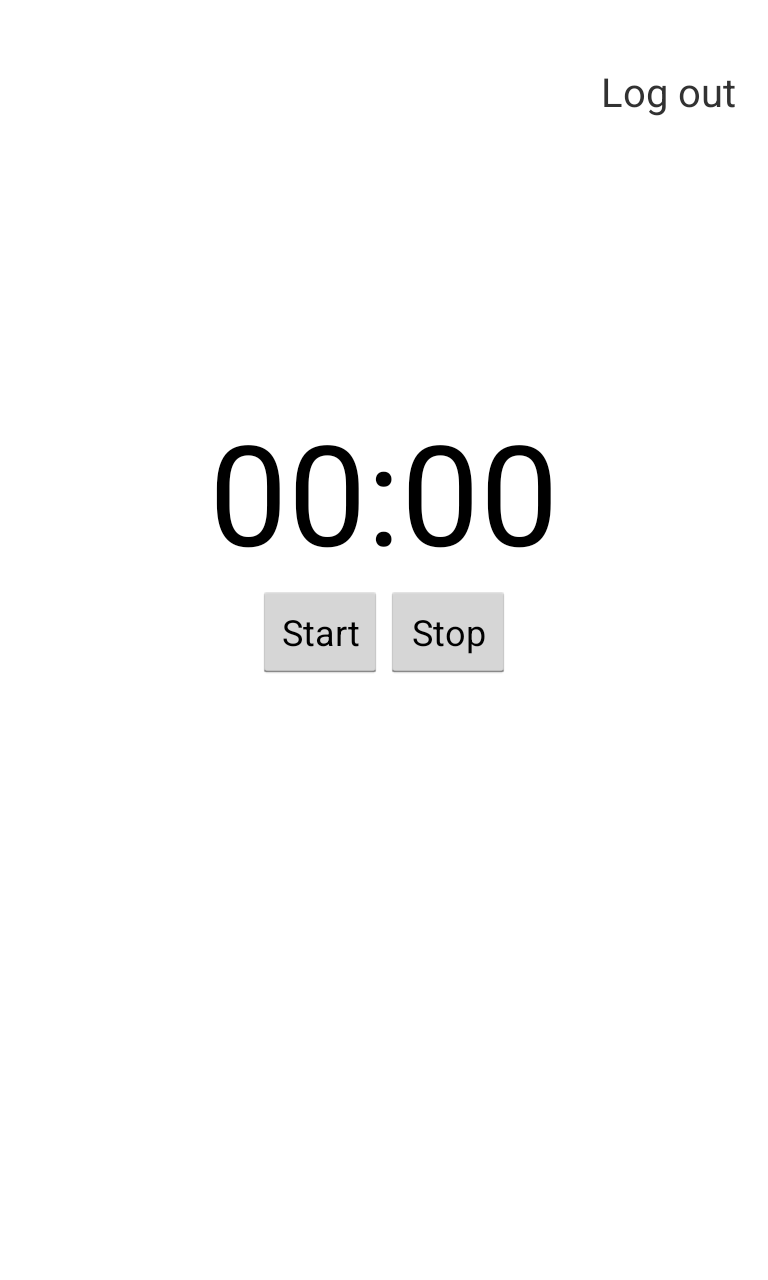
Repository: albertowusuasare/CustomStopWatch
Layout: CustomStopWatch/res/layout/activity_timer.xml
The author's editor kept a copy of each file at every save. The layout is drawn from the files as they stood at one save, then again after the next save.
Pictures or frames that could not be fetched are drawn as grey boxes. It is drawn on a 768 x 1280 px phone screen (xhdpi) without system bars, with theme AppTheme; the app's code is not run.

Above is the layout before, as saved 2014-09-25 05:48:16.

### CustomStopWatch/res/layout/activity_timer.xml
<LinearLayout xmlns:android="http://schemas.android.com/apk/res/android"
    xmlns:tools="http://schemas.android.com/tools"
    android:layout_width="match_parent"
    android:layout_height="match_parent"

    android:orientation="vertical"
    android:paddingBottom="@dimen/activity_vertical_margin"
    android:paddingLeft="@dimen/activity_horizontal_margin"
    android:paddingRight="@dimen/activity_horizontal_margin"
    android:paddingTop="@dimen/activity_vertical_margin"
    tools:context="com.example.customstopwatch.TimerActivity" >

    <RelativeLayout
        android:layout_width="match_parent"
        android:layout_height="wrap_content"
        android:gravity="end"
         android:paddingTop="@dimen/activity_vertical_margin"
        >
        <TextView
            android:text="@string/Logout"
            android:id="@+id/logoutText"
            android:onClick="onClick"
            android:clickable='true'
            android:layout_width="wrap_content"
           android:layout_height="wrap_content"
            android:textSize="20sp"
            />
    </RelativeLayout>

    <Chronometer
        android:id="@+id/mainChronometer"
        android:layout_width="wrap_content"
        android:layout_height="wrap_content"
        android:layout_gravity="center"
        android:layout_marginTop="140dp"
        android:format="%s"
        android:text="Chronometer"
        android:textSize="70sp" />

    <LinearLayout
        android:layout_width="fill_parent"
        android:layout_height="wrap_content"
        android:gravity="center"
        android:orientation="horizontal" >

        <Button
            android:id="@+id/start_button"
            android:layout_width="wrap_content"
            android:layout_height="wrap_content"
            android:text="@string/StartButton" />

        <Button
            android:id="@+id/stop_button"
            android:layout_width="wrap_content"
            android:layout_height="wrap_content"
            android:text="@string/StopButton" />
    </LinearLayout>

</LinearLayout>

### CustomStopWatch/res/values/strings.xml
<?xml version="1.0" encoding="utf-8"?>
<resources>

    <string name="app_name">CustomStopWatch</string>
    <string name="hello_world">Hello world!</string>
    <string name="action_settings">Settings</string>
    <string name="app_id">724899087577885</string>
    <string name="AppName">STVP WVTCH</string>
    <string name="StartButton">Start</string>
    <string name="Logout">Log out</string>
     <string name="StopButton">Stop</string>
    <string name="title_activity_timer">TimerActivity</string>

</resources>

Loaded but not shown: CustomStopWatch/res/values/styles.xml (common file); CustomStopWatch/res/values-v11/styles.xml (common file); CustomStopWatch/res/values-v14/styles.xml (common file); CustomStopWatch/res/values/dimens.xml (common file); CustomStopWatch/res/values-w820dp/dimens.xml (common file)

After the next save:
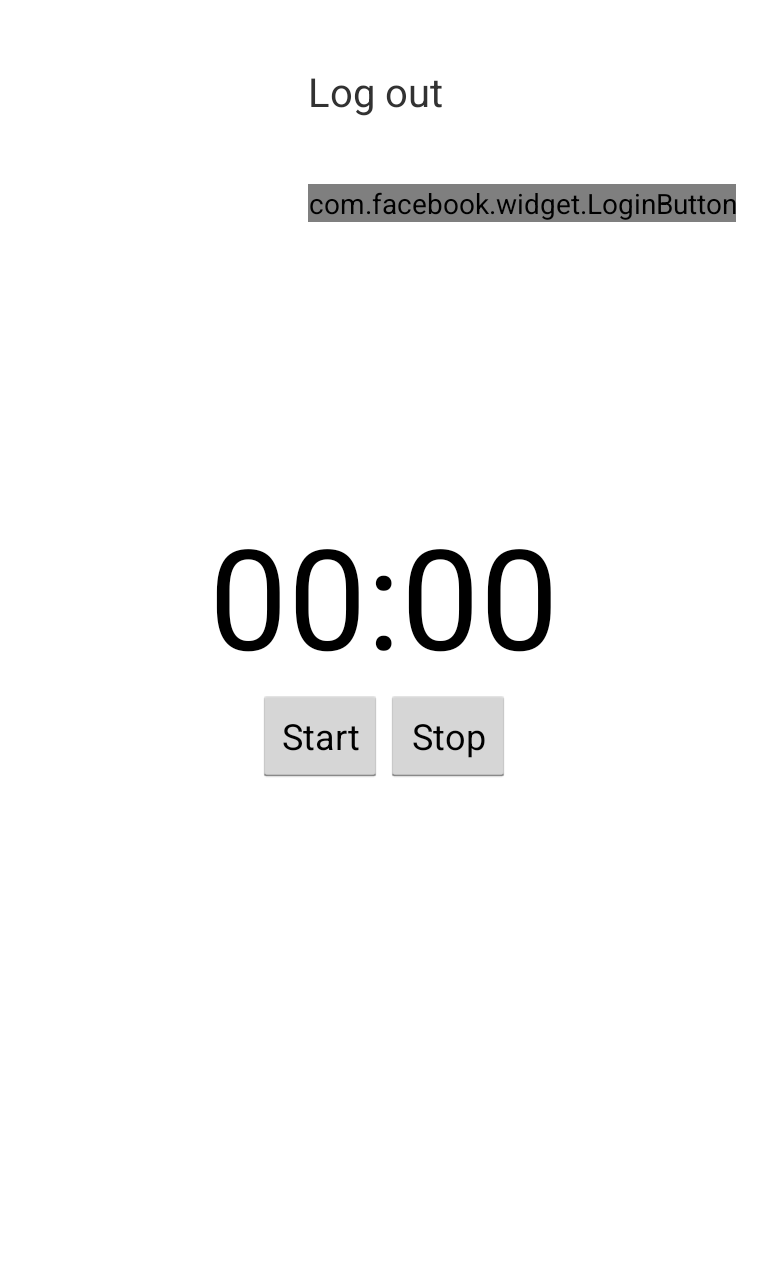
Saved 10 h 28 min later.
--- a/CustomStopWatch/res/layout/activity_timer.xml
+++ b/CustomStopWatch/res/layout/activity_timer.xml
@@ -16,6 +16,13 @@
         android:gravity="end"
          android:paddingTop="@dimen/activity_vertical_margin"
         >
+         <com.facebook.widget.LoginButton
+        android:id="@+id/authButton"
+        android:layout_width="wrap_content"
+        android:layout_height="wrap_content"
+        android:layout_gravity="center_horizontal"
+        android:layout_marginTop="60dp"
+        />
         <TextView
             android:text="@string/Logout"
             android:id="@+id/logoutText"

After the save that followed:
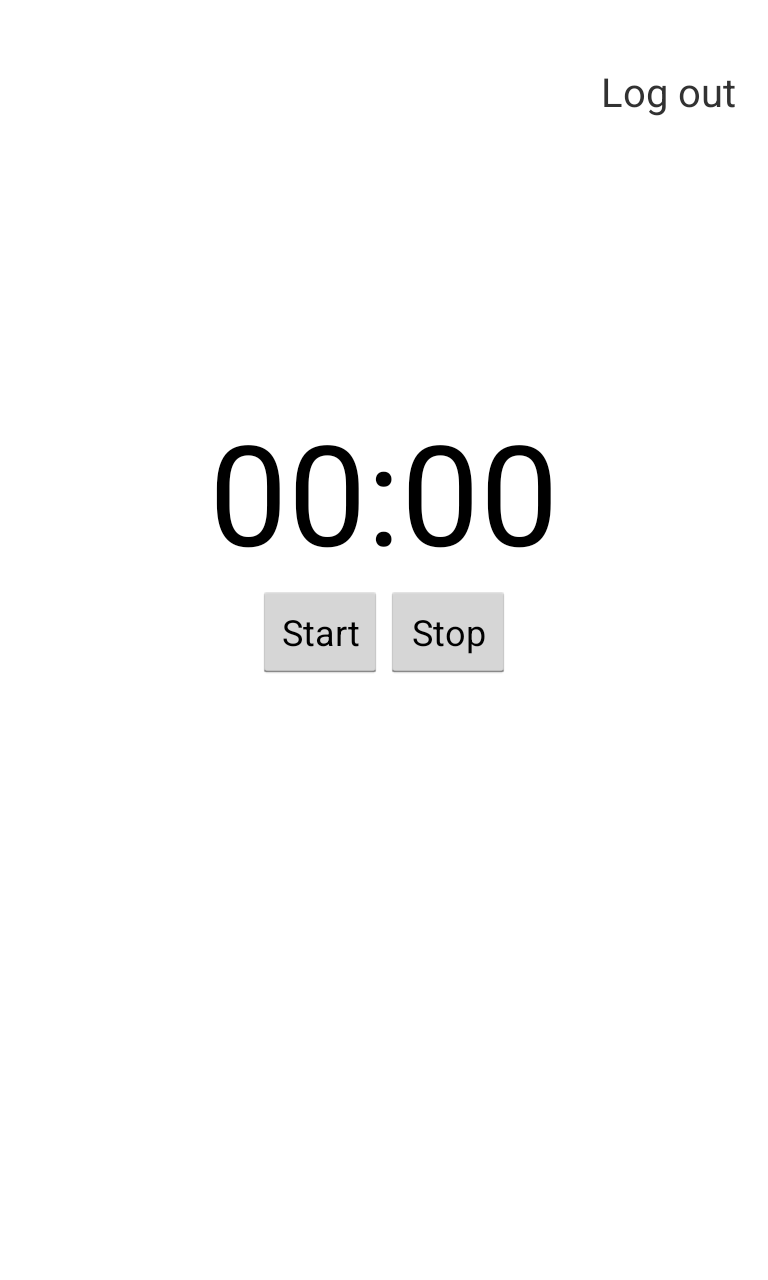
Saved 66 s later.
--- a/CustomStopWatch/res/layout/activity_timer.xml
+++ b/CustomStopWatch/res/layout/activity_timer.xml
@@ -16,13 +16,7 @@
         android:gravity="end"
          android:paddingTop="@dimen/activity_vertical_margin"
         >
-         <com.facebook.widget.LoginButton
-        android:id="@+id/authButton"
-        android:layout_width="wrap_content"
-        android:layout_height="wrap_content"
-        android:layout_gravity="center_horizontal"
-        android:layout_marginTop="60dp"
-        />
+
         <TextView
             android:text="@string/Logout"
             android:id="@+id/logoutText"
